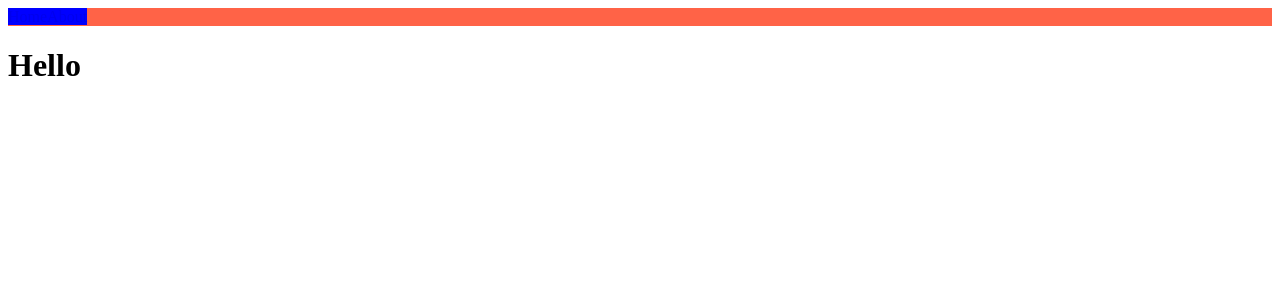
Repository: JulyK9/nextjsstart
Page: /
The author's editor kept a copy of each file at every save. The page is drawn from the files as they stood at one save, then again after the next save.
The browser window is 1280 px wide. The pictures show the whole page.
The project was rebuilt for these pictures with package versions that can differ from the ones it lists, and the page was loaded fresh each time. Some packages were replaced by stand-ins written for this rebuild. The framework's server and built-in components were replaced by stand-ins that run in the browser. Also part of the build but not shown: next.config.js.

Above is the page before, as saved 2022-06-09 14:16:04.

### pages/index.js
import NavBar from "../components/Navbar";

export default function Home() {
  return (
    <div>
      <NavBar />
      <h1>Hello</h1>
      <style jsx>{`
        a {
          background-color: blue;
        }
      `}</style>
    </div>
  )
}

### components/Navbar.js
import Link from "next/link";
import { useRouter } from "next/router";

export default function NavBar() {

  const router = useRouter();
  console.log(router);

  return (
    <nav>
      <Link href="/">
        <a>Home</a>
      </Link>
      <Link href="/about">
        <a>About</a>
      </Link>
      <style jsx>{`
        nav {
          background-color: tomato;
        }
        a {
          text-decoration: none;
        }
      `}</style>
    </nav>
  );
}

After the next save:
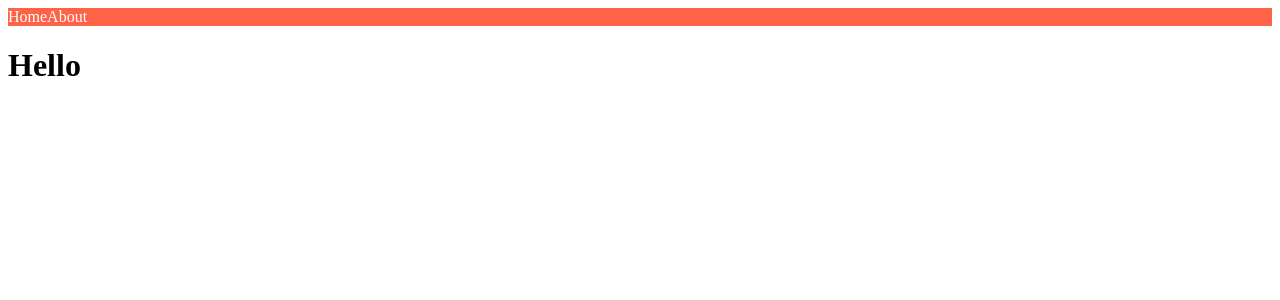
Saved 100 s later.
--- a/pages/index.js
+++ b/pages/index.js
@@ -7,7 +7,7 @@
       <h1>Hello</h1>
       <style jsx>{`
         a {
-          background-color: blue;
+          color: white;
         }
       `}</style>
     </div>
